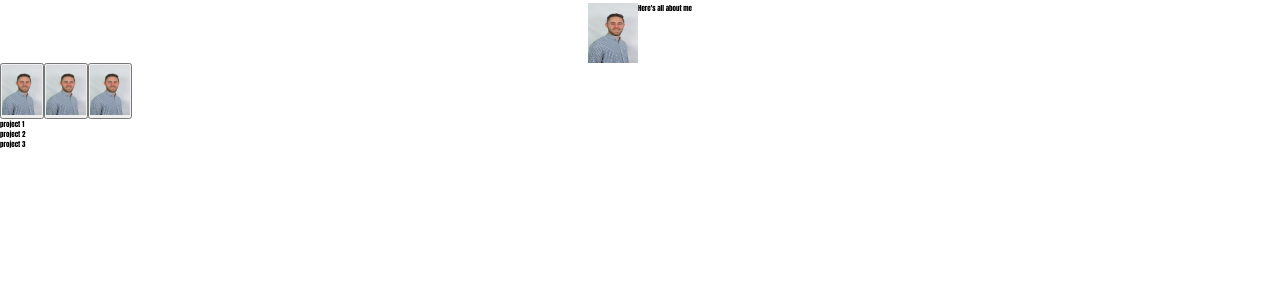
Repository: Kobramall/portfolio-project
Page: /portfolio
These files come from the project's save history. The page is drawn as it stood at one moment and after the next save; the edit follows.
The browser window is 1280 px wide. The pictures show the whole page.
The project was rebuilt for these pictures with package versions that can differ from the ones it lists, and the page was loaded fresh each time. Also part of the build but not shown: src/App.css, src/componets/Main.jsx. Imported but missing from the stored project, and not drawn on this page: src/assets/Landscape.mov.

Above is the page before, as saved 2022-11-01 15:19:01.

After the next save:
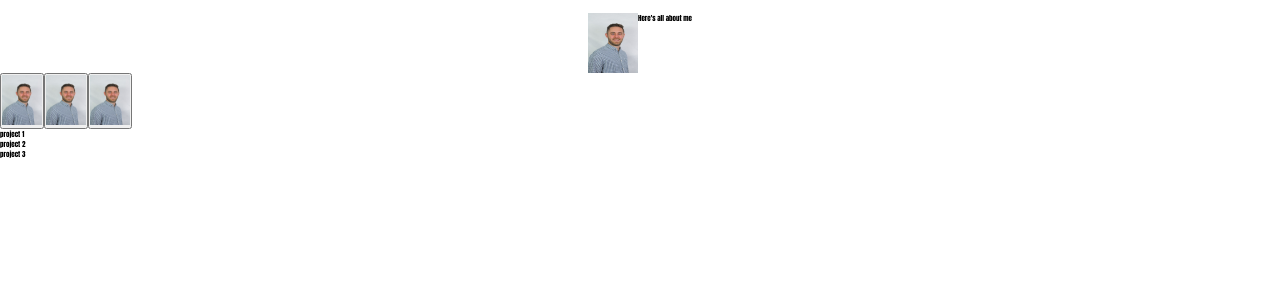
Saved 10 s later.
--- a/src/index.css
+++ b/src/index.css
@@ -49,7 +49,7 @@ video{
 }
 
 .intro{
-  margin-top: 3px;
+  margin-top: 1%;
   display: flex;
   justify-content: center;
 }
